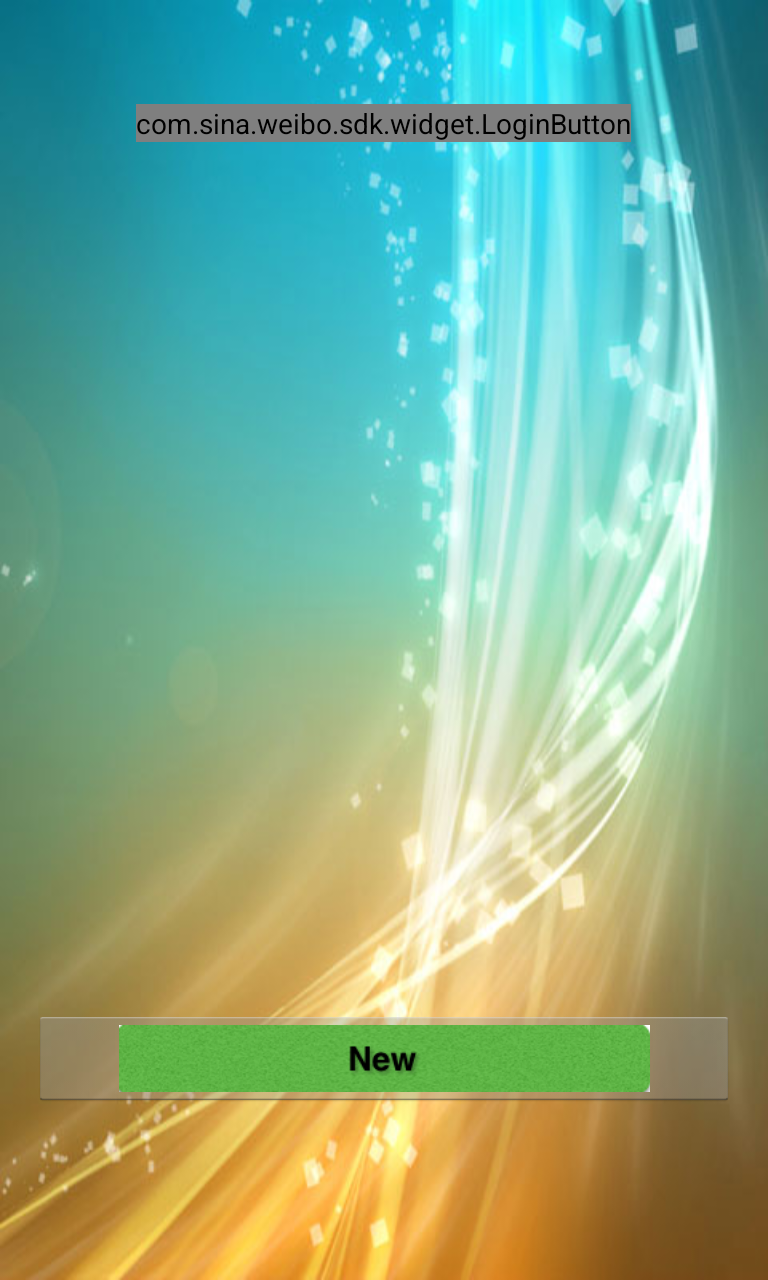
Repository: aojue/HappyAA
Layout: HappyAA/res/layout/two_activity.xml
These files come from the project's save history. The layout is drawn as it stood at one moment and after the next save; the edit follows.
Pictures or frames that could not be fetched are drawn as grey boxes. It is drawn on a 768 x 1280 px phone screen (xhdpi) without system bars, with theme AppTheme; the app's code is not run.

Above is the layout before, as saved 2014-10-25 07:32:48.

After the next save:
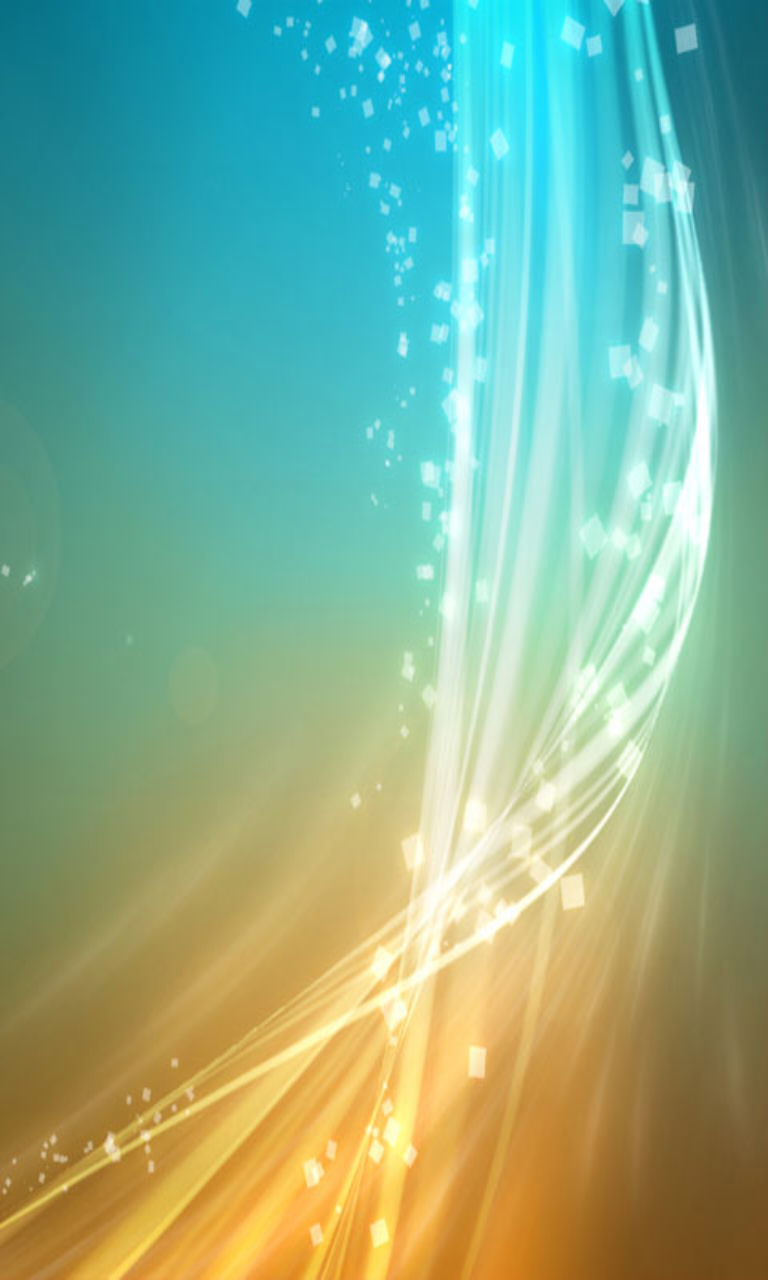
Saved 33 s later.
--- a/HappyAA/res/layout/two_activity.xml
+++ b/HappyAA/res/layout/two_activity.xml
@@ -9,23 +9,6 @@
     tools:context="com.sina.weibo.happyaa.MainActivity"
     android:background="@drawable/ic_lb_a">
 
-    <com.sina.weibo.sdk.widget.LoginButton
-        android:id="@+id/loginButton1"
-        android:layout_width="wrap_content"
-        android:layout_height="wrap_content"
-        android:layout_alignParentTop="true"
-        android:layout_centerHorizontal="true"
-        android:layout_marginTop="36dp"
-       />
 
-    <ImageButton
-        android:id="@+id/imageButton1"
-        android:layout_width="fill_parent"
-        android:layout_height="wrap_content"
-        android:layout_alignParentBottom="true"
-        android:layout_centerHorizontal="true"
-        android:layout_marginBottom="70dp"
-        android:contentDescription="@drawable/ic_lb"
-        android:src="@drawable/ic_lb" />
 
 </RelativeLayout>
